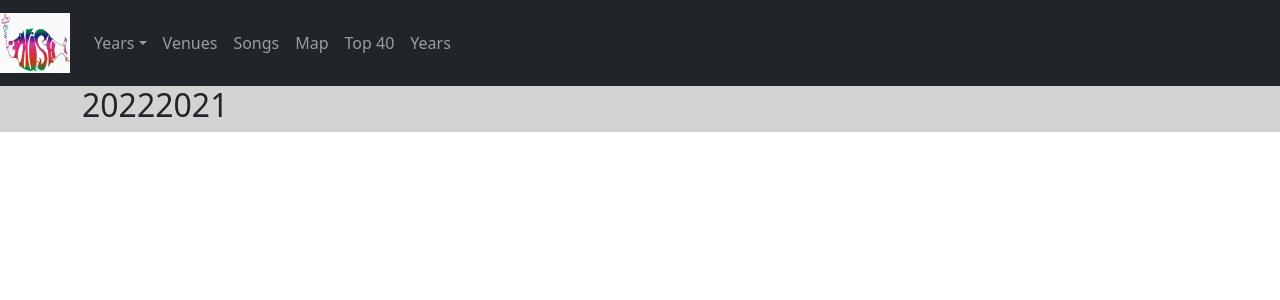
Repository: Jcparks84/gonePhishin
Page: / (app in my-app/)
The author's editor kept a copy of each file at every save. The page is drawn from the files as they stood at one save, then again after the next save.
The browser window is 1280 px wide. The pictures show the whole page.
The page's requests for data from a server got no answer. The project was rebuilt for these pictures with package versions that can differ from the ones it lists, and the page was loaded fresh each time. No one was signed in, and anything a server would have sent is missing. Also part of the build but not shown: my-app/src/components/audioPlayer/audioPlayer.js.

Above is the page before, as saved 2022-08-16 18:08:54.

### my-app/src/App.js
import './App.css';
import AudioPlayer from './components/audioPlayer/audioPlayer';
import Navbar from './components/navbar/navBar'
import YearPage from './pages/yearPage/yearPage';



function App() {
  const apiKey = process.env.REACT_APP_API_KEY


  return (
    <div className="App">
      <div>
      <Navbar fixed="top" />
      </div>
      <div>
        <YearPage/>
      </div>
      <div>
        {/* <AudioPlayer/> */}
      </div>

    </div>

  );
}

export default App;

### my-app/src/App.css
.App {
  text-align: center;
  background-color: #d3d3d3;
}

.App-logo {
  height: 40vmin;
  pointer-events: none;
}

@media (prefers-reduced-motion: no-preference) {
  .App-logo {
    animation: App-logo-spin infinite 20s linear;
  }
}

.App-header {
  background-color: #282c34;
  min-height: 100vh;
  display: flex;
  flex-direction: column;
  align-items: center;
  justify-content: center;
  font-size: calc(10px + 2vmin);
  color: white;
}

.App-link {
  color: #61dafb;
}

@keyframes App-logo-spin {
  from {
    transform: rotate(0deg);
  }
  to {
    transform: rotate(360deg);
  }
}

### my-app/src/components/navbar/navBar.js
import logo from '../images/phish.png'
import './navBar.css';
import 'bootstrap/dist/css/bootstrap.css'
import { Nav, Navbar, NavDropdown } from 'react-bootstrap'
import AudioPlayer from '../audioPlayer/audioPlayer';
import YearPage from '../../pages/yearPage/yearPage';



function NavBar() {
  return (
    <div className="navBar">
      <Navbar bg="dark" variant="dark"
        sticky="top" expand="sm" collapseOnSelect>
        <Navbar.Brand>
          <img src={logo} width="70px" height="60px" />{' '}
        </Navbar.Brand>

        <Navbar.Toggle className="coloring" />
        <Navbar.Collapse>
          <Nav>
            <NavDropdown title="Years">
              <NavDropdown.Item href="#years/2021">2021</NavDropdown.Item>
              <NavDropdown.Item href="#years/2020">2020</NavDropdown.Item>
              <NavDropdown.Item href="#years/2019">2019</NavDropdown.Item>
            </NavDropdown>
            <Nav.Link href="#Venues">Venues</Nav.Link>
            <Nav.Link href="#contact-us">Songs</Nav.Link>
            <Nav.Link href="#contact-us">Map</Nav.Link>
            <Nav.Link href="#contact-us">Top 40</Nav.Link>
            <Nav.Link path="#years">{YearPage}Years</Nav.Link>

          </Nav>
        </Navbar.Collapse>

      </Navbar>
    </div>
  );
}


export default NavBar;

### my-app/src/pages/yearPage/yearPage.js
import React from 'react'
import './yearPage.css'


function YearPage(){
    return(
        <div className='container'>
            <h2>2022</h2>
            <h2>2021</h2>
        </div>
    )
}

export default YearPage;

### my-app/src/components/navbar/navBar.css
.bg-myRed{
    background-color: crimson;
  }

  .content{
    padding: 12px;
    height: 3000px;
  }

  .coloring{
    color: black;
  }

  nav.link {
    align-items: center;
  }

### my-app/src/pages/yearPage/yearPage.css

.container {
    display: flex;
}

h2 {
    text-align: left;
}

Loaded but not shown: my-app/public/index.html (common file); my-app/src/index.js (common file); my-app/src/index.css (common file); my-app/src/reportWebVitals.js (common file)

After the next save:
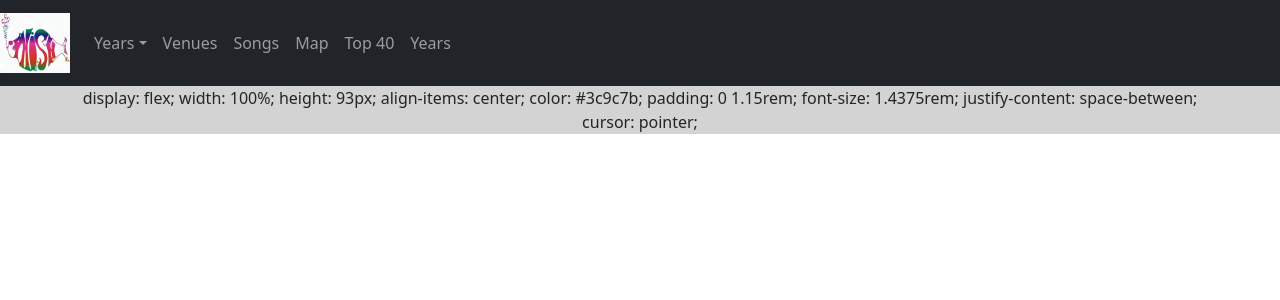
Saved 2 min 58 s later.
--- a/my-app/src/pages/yearPage/yearPage.js
+++ b/my-app/src/pages/yearPage/yearPage.js
@@ -5,8 +5,15 @@
 function YearPage(){
     return(
         <div className='container'>
-            <h2>2022</h2>
-            <h2>2021</h2>
+            display: flex;
+    width: 100%;
+    height: 93px;
+    align-items: center;
+    color: #3c9c7b;
+    padding: 0 1.15rem;
+    font-size: 1.4375rem;
+    justify-content: space-between;
+    cursor: pointer;
         </div>
     )
 }

After the save that followed:
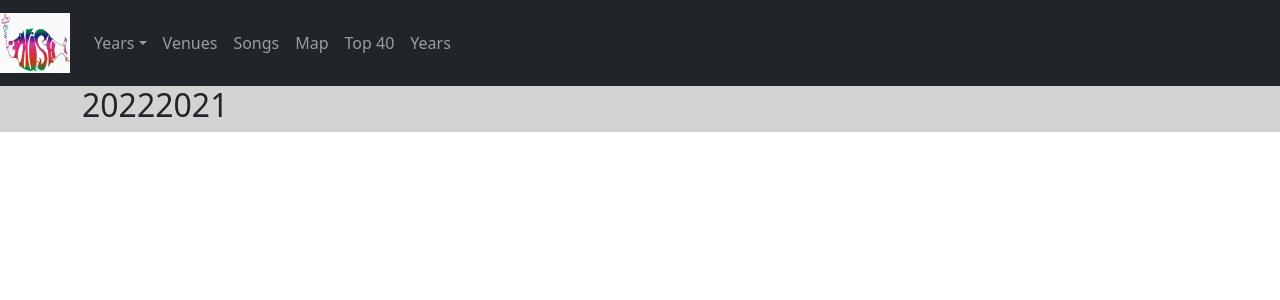
Saved 4 s later.
--- a/my-app/src/pages/yearPage/yearPage.js
+++ b/my-app/src/pages/yearPage/yearPage.js
@@ -5,15 +5,8 @@
 function YearPage(){
     return(
         <div className='container'>
-            display: flex;
-    width: 100%;
-    height: 93px;
-    align-items: center;
-    color: #3c9c7b;
-    padding: 0 1.15rem;
-    font-size: 1.4375rem;
-    justify-content: space-between;
-    cursor: pointer;
+            <h2>2022</h2>
+            <h2>2021</h2>
         </div>
     )
 }
